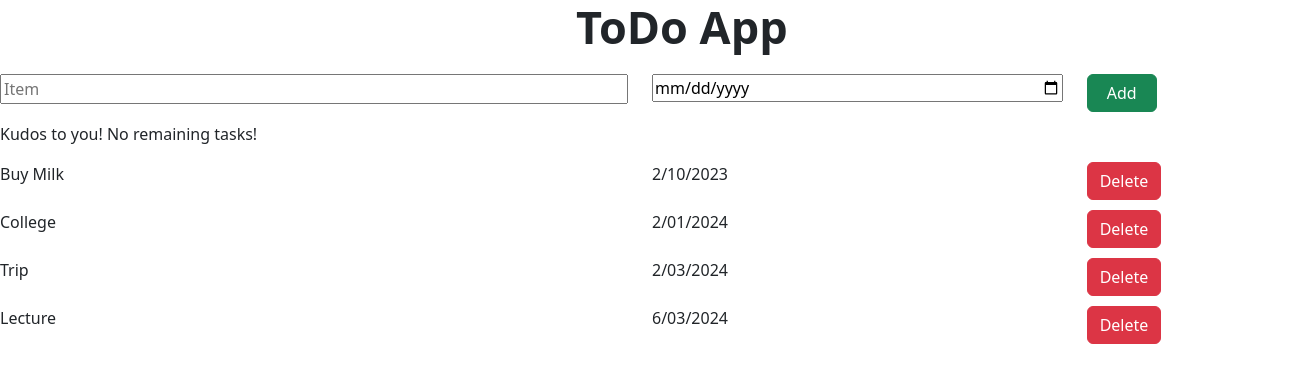
Repository: aditya-jha-kumar/To-Do-List-ReactApp
Page: /
These files come from the project's save history. The page is drawn as it stood at one moment and after the next save; the edit follows.
The browser window is 1280 px wide. The page is 1292 px wide, so the pictures cover 1292 px, including what lies to the right of the window. The pictures show the whole page.
The project was rebuilt for these pictures with package versions that can differ from the ones it lists, and the page was loaded fresh each time. Also part of the build but not shown: vite.config.js.

Above is the page before, as saved 2023-12-10 02:47:43.

After the next save:
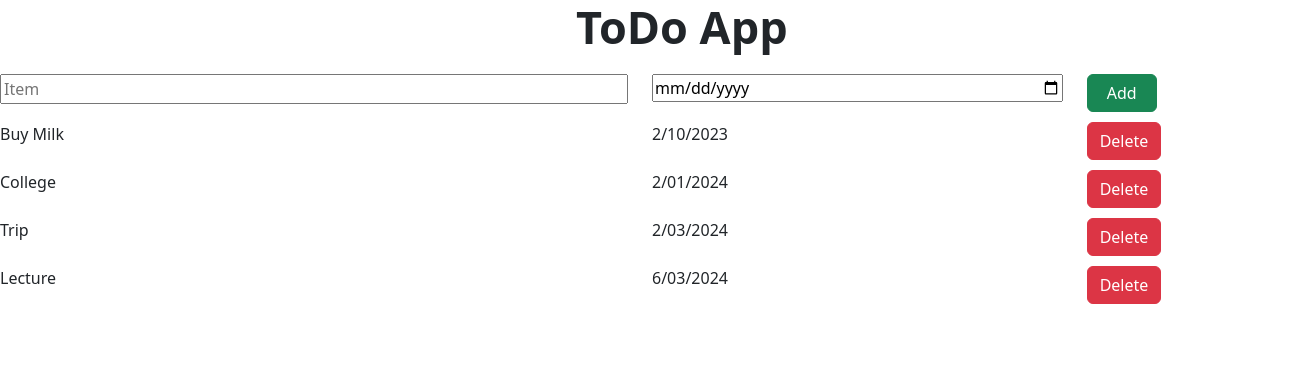
Saved 7 s later.
--- a/src/App.jsx
+++ b/src/App.jsx
@@ -36,7 +36,7 @@
     <div>
       <AppName></AppName>
       <AddToDo onNewItem={handleNewItem}></AddToDo>
-      {todoItems.length >= 0 && <WelcomeMessage></WelcomeMessage>}
+      {todoItems.length === 0 && <WelcomeMessage></WelcomeMessage>}
       <TodoItems todoItems={todoItems}></TodoItems>
     </div>
   );
